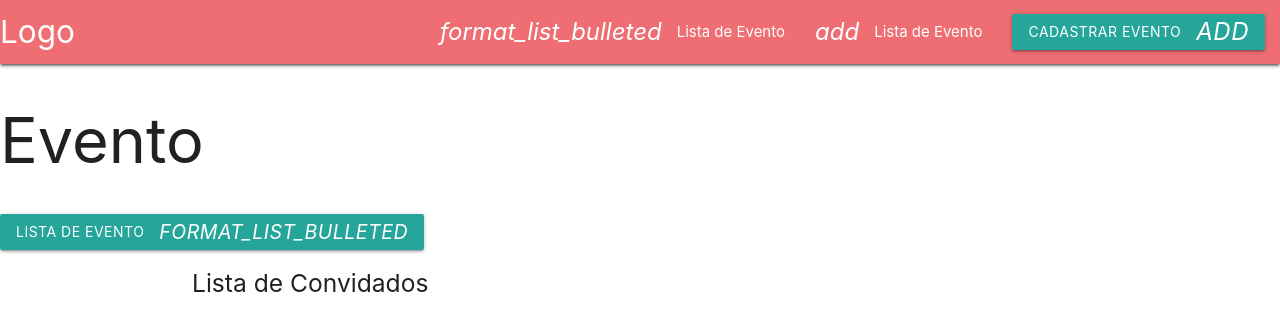
Repository: CaioCoutodePrograma/Eventosapp
Page: http://localhost/evento/detalhesEvento
The author's editor kept a copy of each file at every save. The page is drawn from the files as they stood at one save, then again after a run of saves.
The browser window is 1280 px wide. The pictures show the whole page.
The page is this project's Thymeleaf template; nobody is signed in. The template is opened directly, without the code that normally fills it, so the values that code supplies are empty.

Above is the page before, as saved 2020-03-02 23:06:23.

After the next 2 saves:
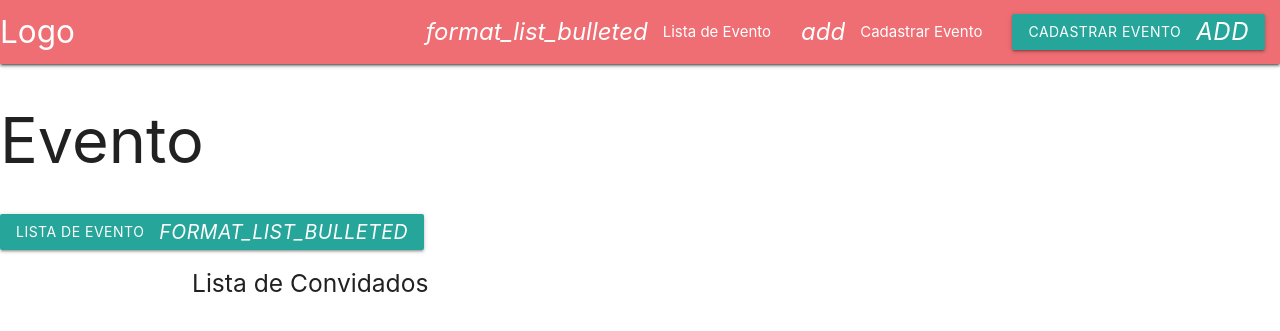
The 2 saves are shown as one change because they came seconds apart.
The last was saved 16 s later.
--- a/eventoapp/eventoapp/src/main/resources/templates/evento/detalhesEvento.html
+++ b/eventoapp/eventoapp/src/main/resources/templates/evento/detalhesEvento.html
@@ -21,13 +21,13 @@
 					<div class="nav-wrapper">
 						<a href="#!" class="brand-logo">Logo</a>
 						<ul class="right hide-on-med-and-down">
-							<li><a href="/eventos"><i class="material-icons left">format_list_bulleted</i>Lista de
-									Evento</a></li>
-									<a  class="waves-effect waves-light btn"><i
-			class="material-icons right">add</i>Cadastrar Evento</a>
+							<li><a href="/eventos"><i class="material-icons left">format_list_bulleted</i>Lista
+									de Evento</a></li>
+							<a class="waves-effect waves-light btn"><i
+								class="material-icons right">add</i>Cadastrar Evento</a>
 
-							<li><a href="/cadastrarEvento"><i class="material-icons left">add</i>Lista de
-									Evento</a></li>
+							<li><a href="/cadastrarEvento"><i
+									class="material-icons left">add</i>Cadastrar Evento</a></li>
 						</ul>
 					</div>
 				</nav>
